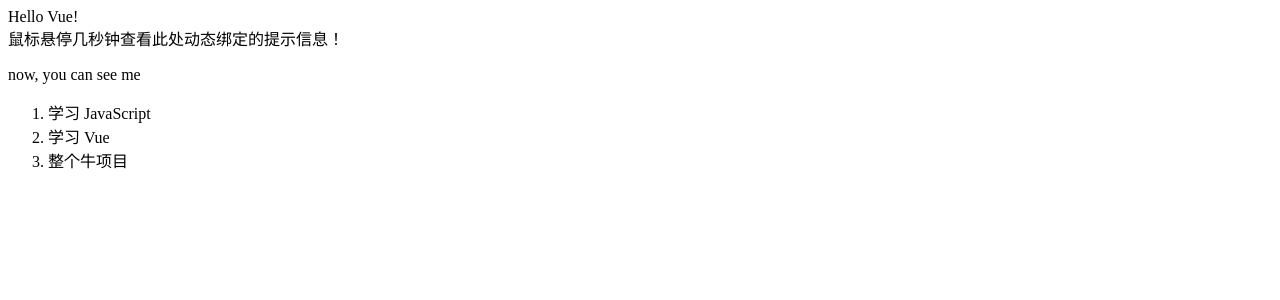
Repository: AlanPeng97/vue2.x-learning
Page: intro/coreBaisc/index.html
The author's editor kept a copy of each file at every save. The page is drawn from the files as they stood at one save, then again after the next save.
The browser window is 1280 px wide. The pictures show the whole page.
Some web libraries are served in a nearby version.

Above is the page before, as saved 2024-01-26 16:38:02.

### intro/coreBaisc/index.html
<!DOCTYPE html>
<html lang="en">
  <head>
    <meta charset="UTF-8" />
    <meta name="viewport" content="width=device-width, initial-scale=1.0" />
    <!-- Vue2官方文档介绍章节： Vue核心最基本的功能 -->
    <title>Vue2 CoreBaisc</title>
    <!-- CDN引入Vue2 -->
    <script src="https://cdn.jsdelivr.net/npm/vue@2.7.16/dist/vue.js"></script>
    <!-- 💁‍♂️ 1. 在生产环境可以把vue.js 换成 vue.min.js ， 这是一个更小的构建，获得比开发环境更快的速度体验
          2. 构建大型应用时使用NPM安装Vue，因为NPM能更好地配合webpack等打包器，同时Vue也能提供配套工具来开发单文件组件
          3. Vue提供CLI（Vue Cli），为单页面应用（SPA）快速搭建脚手架，详细参考官方文档
    -->
  </head>
  <body>
    <!--  1. vue.js核心： 简洁的模版语法，声明式地将数据渲染进DOM -->
    <div id="app">{{message}}</div>

    <!-- 2. v-bind（缩写为 : ） attribute（属性） 用于绑定元素属性 -->
    <div id="app-2">
      <span v-bind:title="message"
        >鼠标悬停几秒钟查看此处动态绑定的提示信息！</span
      >
    </div>

    <!-- 3. 条件与循环 数据绑定到DOM v-if v-for -->
    <div id="app-3">
      <p v-if="seen">now, you can see me</p>
    </div>

    <div id="app-4">
      <ol>
        <li v-for="todo in todos">{{ todo.text }}</li>
      </ol>
    </div>

    <script type="text/javascript">
      var app = new Vue({
        el: "#app",
        data: {
          message: "Hello Vue!", // 声明message
        },
      });

      var app2 = new Vue({
        el: "#app-2",
        data: {
          message: "页面加载于" + new Date().toLocaleString(),
        },
      });

      var app3 = new Vue({
        el: "#app-3",
        data: {
          seen: true,
        },
      });

      var app4 = new Vue({
        el: "#app-4",
        data: {
          todos: [
            { text: "学习 JavaScript" },
            { text: "学习 Vue" },
            { text: "整个牛项目" },
          ],
        },
      });
    </script>
  </body>
</html>

After the next save:
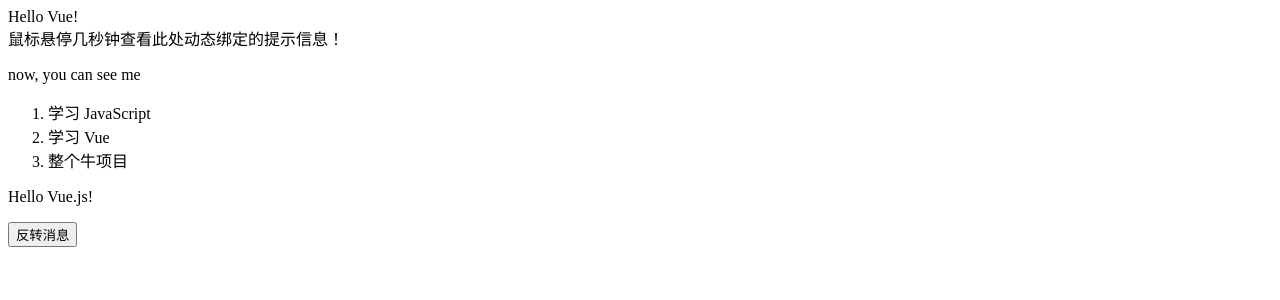
Saved 18 min 46 s later.
--- a/intro/coreBaisc/index.html
+++ b/intro/coreBaisc/index.html
@@ -34,6 +34,12 @@
       </ol>
     </div>
 
+    <!-- 处理用户输入 v-on指令添加 事件监听 ，调用Vue实例定义的方法 -->
+    <div id="app-5">
+      <p>{{message}}</p>
+      <button v-on:click="reverseMessage">反转消息</button>
+    </div>
+
     <script type="text/javascript">
       var app = new Vue({
         el: "#app",
@@ -66,6 +72,18 @@
           ],
         },
       });
+
+      var app5 = new Vue({
+        el: "#app-5",
+        data: {
+          message: "Hello Vue.js!",
+        },
+        methods: {
+          reverseMessage: function () {
+            this.message = this.message.split("").reverse().jion("");
+          },
+        },
+      });
     </script>
   </body>
 </html>
